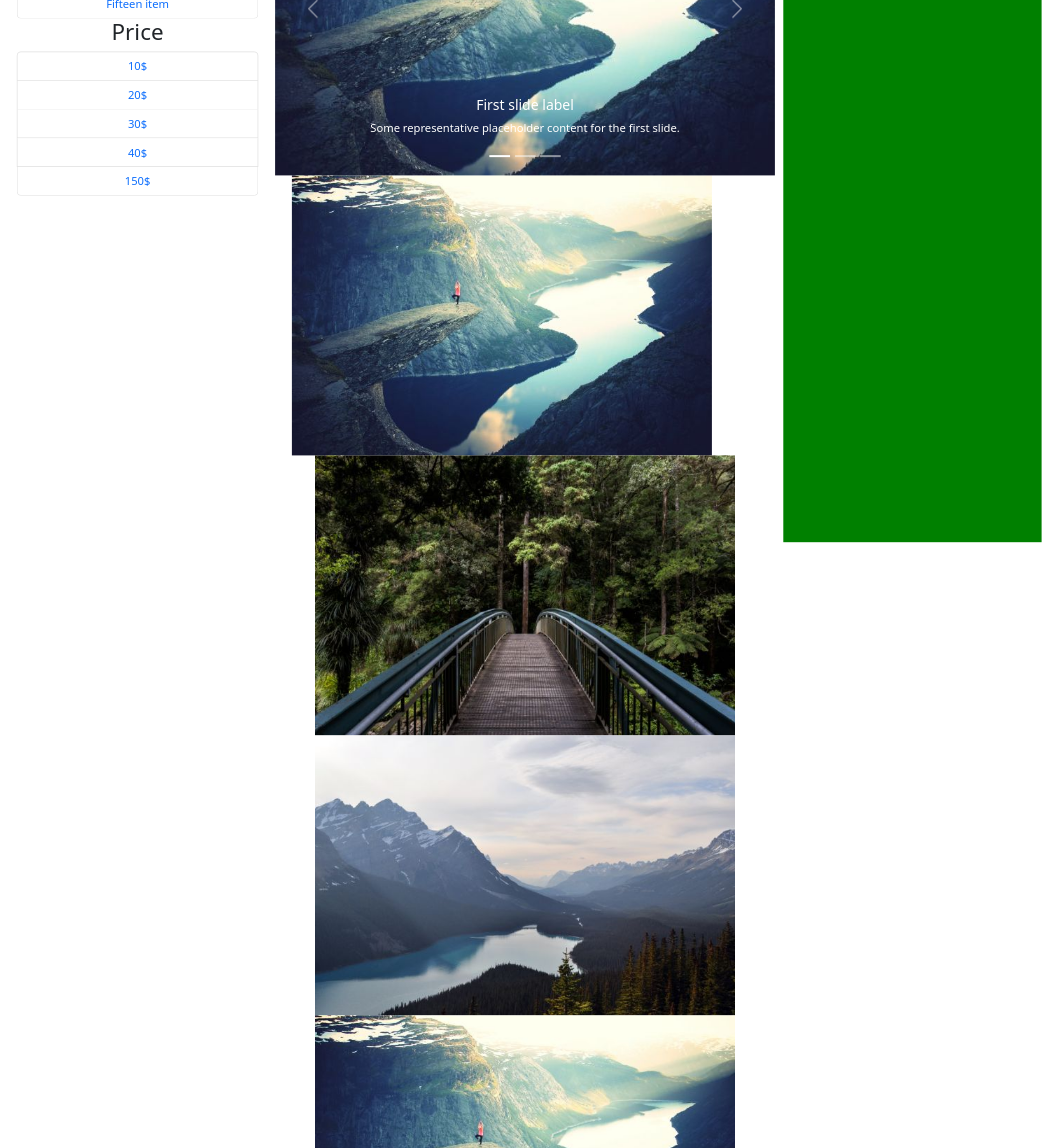
Repository: nguyenhung50497/MD2_bootstrap
Page: BT_giaoDienWeb/index.html
These files come from the project's save history. The page is drawn as it stood at one moment and after a run of saves; the edit follows.
The browser window is 1280 px wide. The page is 1500 px wide, so the pictures cover 1500 px, including what lies to the right of the window. The pictures show the part of the page from y = 382 to 2022 px (the page is 2632 px tall before and 1432 px after), at 70% of full size.

Above is the page before, as saved 2022-11-30 14:06:42.

After the next 3 saves:
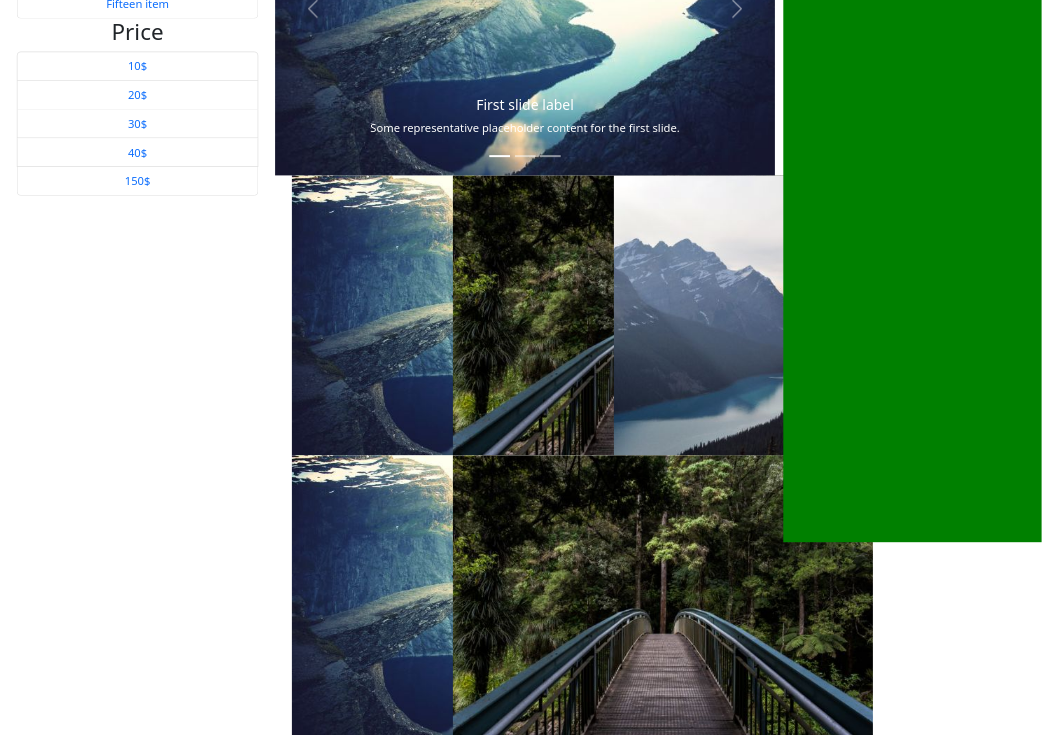
The 3 saves are shown as one change because they came seconds apart.
The last was saved 18 s later.
--- a/BT_giaoDienWeb/index.html
+++ b/BT_giaoDienWeb/index.html
@@ -129,10 +129,10 @@
               </div>
               <div class="container-fluid row">
                 <div class="col-lg-4"><img src="anh1.jpg" alt=""></div>
-                <div><img src="anh2.jpg" alt=""></div>
-                <div><img src="anh3.jpg" alt=""></div>
-                <div><img src="anh1.jpg" alt=""></div>
-                <div><img src="anh2.jpg" alt=""></div>
+                <div class="col-lg-4"><img src="anh2.jpg" alt=""></div>
+                <div class="col-lg-4"><img src="anh3.jpg" alt=""></div>
+                <div class="col-lg-4"><img src="anh1.jpg" alt=""></div>
+                <div class="col-lg-4"><img src="anh2.jpg" alt=""></div>
               </div>
         </section>
         <aside class="col-lg-3 right"></aside>
